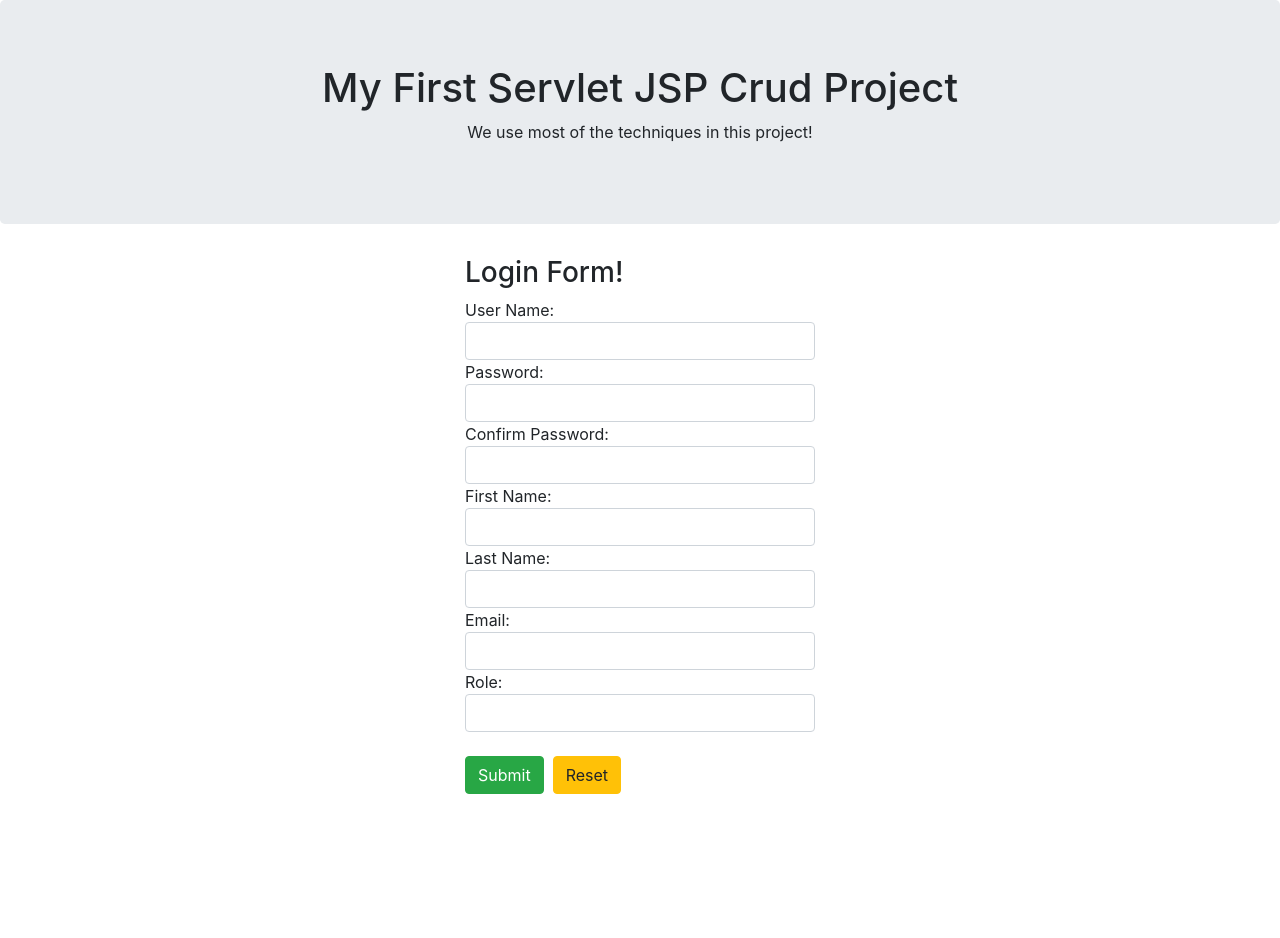
Repository: jagasia/sep-07
Page: http://localhost/sep-07-04/login.jsp
An editor plug-in stored every save of this project. The page is shown before and after the next save, followed by the edit.
The browser window is 1280 px wide. The pictures show the whole page.
The page is served by Tomcat 9.

Above is the page before, as saved 2022-09-07 10:01:12.

After the next save:
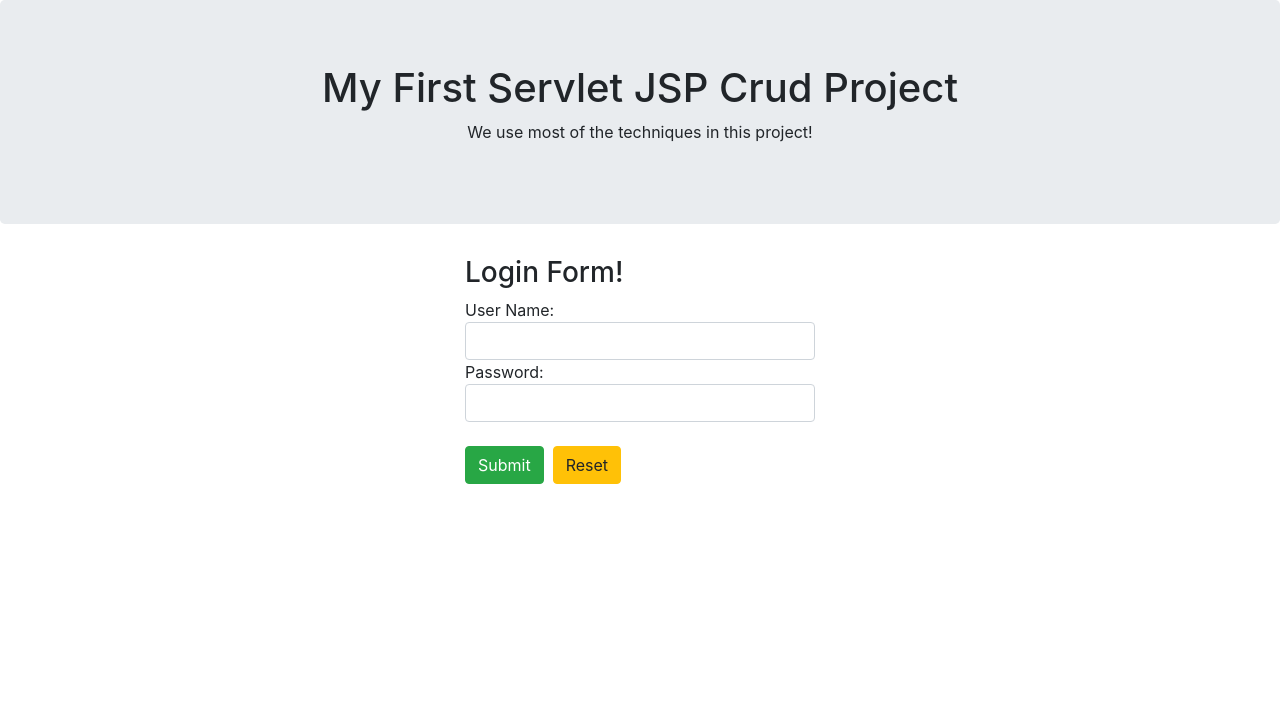
Saved 10 s later.
--- a/sep-07-04/WebContent/login.jsp
+++ b/sep-07-04/WebContent/login.jsp
@@ -27,11 +27,7 @@
       <form method="post" action="addUser">
       	User Name: <input type="text" name="username" class="form-control" />
       	Password: <input type="password" name="password" class="form-control" />
-      	Confirm Password: <input type="password" name="cPassword" class="form-control" />
-      	First Name: <input type="text" name="firstName" class="form-control" />
-      	Last Name: <input type="text" name="lastName" class="form-control" />
-      	Email: <input type="email" name="email" class="form-control" />
-      	Role: <input type="text" name="role" class="form-control" />
+
       	<br/>
       	<input type="submit" class="btn btn-success" />&nbsp;
       	<input type="reset" class="btn btn-warning" />
